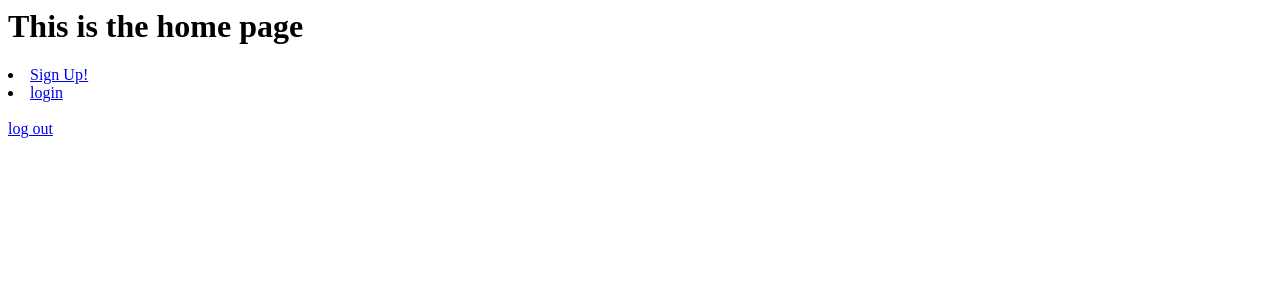
Repository: liamzeng24/YelpCamp
Page: http://localhost/
The author's editor kept a record of every edit. The page is drawn from the files as they stood at one moment, then again after the next edit.
The browser window is 1280 px wide. The pictures show the whole page.
The page is served by the project's Node server (auth/app.js). Other server files are loaded and not shown.

Above is the page before.

### auth/views/home.ejs
<h1>This is the home page</h1>
<li>
    <a href="/register">Sign Up!</a>
</li>
<li>
    <a href="/login">login</a>
</li>

    <br>
    <a href="/logout">log out</a>
</li>

### auth/app.js
var express                 = require("express"),
    app                     = express(),
    AWS                     = require('aws-sdk'),
    DocumentClient          = new AWS.DynamoDB.DocumentClient(),
    passport                = require("passport"),
    bodyParser              = require("body-parser"),
    LocalStrategy           = require("passport-local"),
    mongoose                = require("mongoose"),
    User                    = require("./models/user");

const uri = "mongodb+srv://Camps:Camps.Password@cluster0.hxvjy.mongodb.net/auth?retryWrites=true&w=majority";

const connectDB = async () =>{
    await mongoose.connect(uri, {useNewUrlParser: true, useUnifiedTopology: true});
    console.log('connected')
};

AWS.config.getCredentials(function(err) {
  if (err) console.log(err.stack);
  // credentials not loaded
  else {
    console.log("Access key:", AWS.config.credentials.accessKeyId);
  }
});

connectDB();
app.use(bodyParser.urlencoded({extended: true}));
app.set('view engine', "ejs");
app.use(require("express-session")({
    secret: "Vanessa is the best wife in the world",
    resave: false,
    saveUninitialized: false
}));
app.use(passport.initialize());
app.use(passport.session());
passport.use(new LocalStrategy(User.authenticate()));
passport.serializeUser(User.serializeUser());
passport.deserializeUser(User.deserializeUser());


/*=================================
            ROUTE
===================================
*/


app.get('/', function(req, res){
    res.render("home");
});

app.get('/secret', function(req, res){
    res.render("secret");
});

app.get('/register', function(req, res){
    res.render("register");
});

app.post('/register', function(req, res){
    console.log(req.body.username);
    console.log(req.body.password);
    User.register(new User({username: req.body.username}), req.body.password, function(err, user){
        if(err)
        {
            console.log(err, err.stack);
            return res.render("register");
        }
        else
        {
            passport.authenticate("local")(req, res, function(){
                console.log("No error");
            });
        }
    });
    res.send("Post route here");
    console.log("Success");
});

app.get("/login", function(req, res){
    res.render("login");
});

app.post("/login", passport.authenticate("local",
{
    successRedirect: "/secret",
    failureRedirect: "/login"
}),
    function(req, res){
});

app.get("/logout", function(req, res){
    req.logout();
    res.redirect('/');
});

function is_logged_in(req, res, next){
    if(req.isAuthenticated())
    {
        return next;
    }
    res.redirect('/');
};

app.listen(process.env.PORT, process.env.IP, function(){
    console.log("server started");
});

After the next edit:
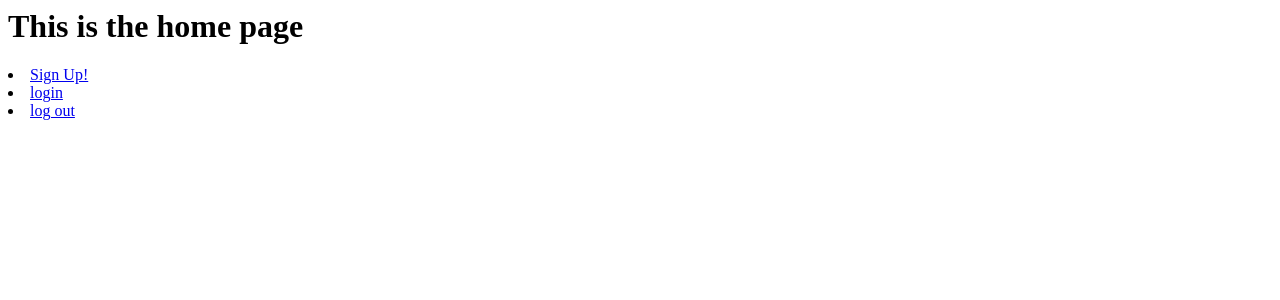
The edit:
--- a/auth/views/home.ejs
+++ b/auth/views/home.ejs
@@ -5,7 +5,6 @@
 <li>
     <a href="/login">login</a>
 </li>
-
-    <br>
+<li>
     <a href="/logout">log out</a>
 </li>
